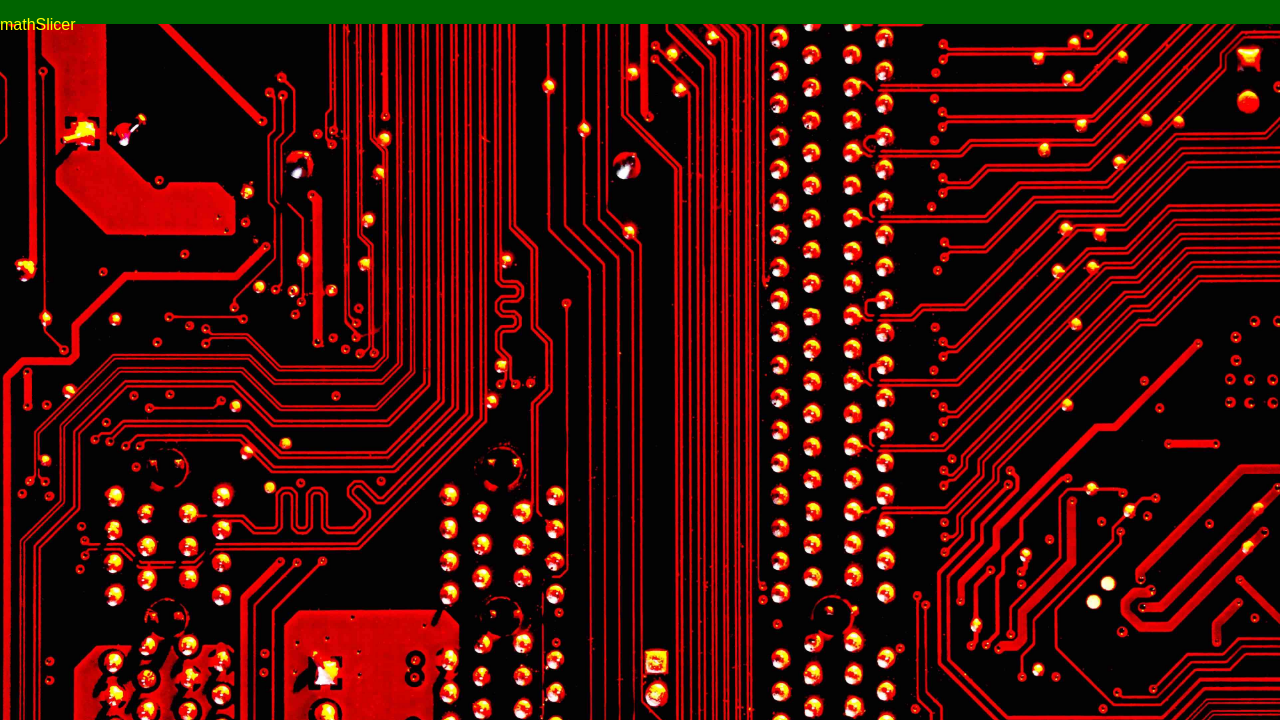
Repository: ionathas78/mathSlicer
Page: index.html
The author's editor kept a copy of each file at every save. The page is drawn from the files as they stood at one save, then again after the next save.
The browser window is 1280 px wide. The pictures show the whole page.

Above is the page before, as saved 2020-12-06 09:52:20.

After the next save:
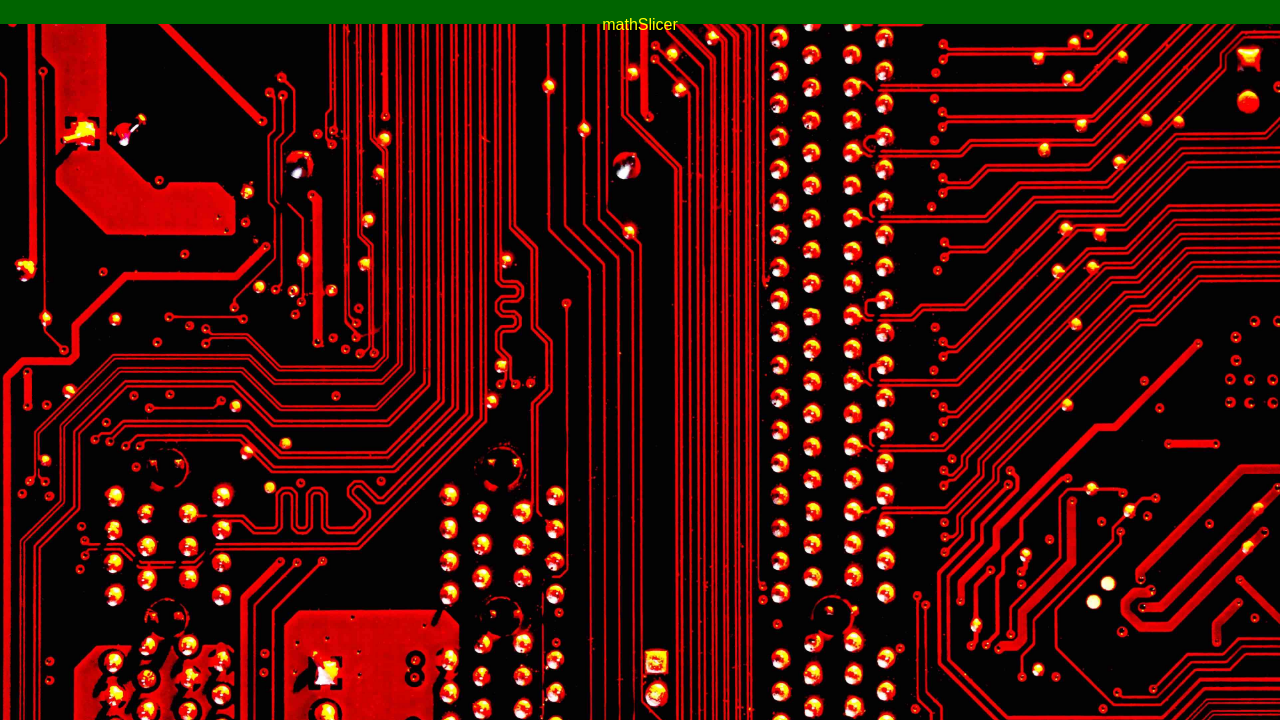
Saved 73 s later.
--- a/assets/css/style.css
+++ b/assets/css/style.css
@@ -10,6 +10,8 @@ header {
     height: 24px;
     width: 100vw;
     margin: 0;
+    display: inline-flex;
+    justify-content: center;
     background-color: darkgreen;
     color: yellow;
 }
